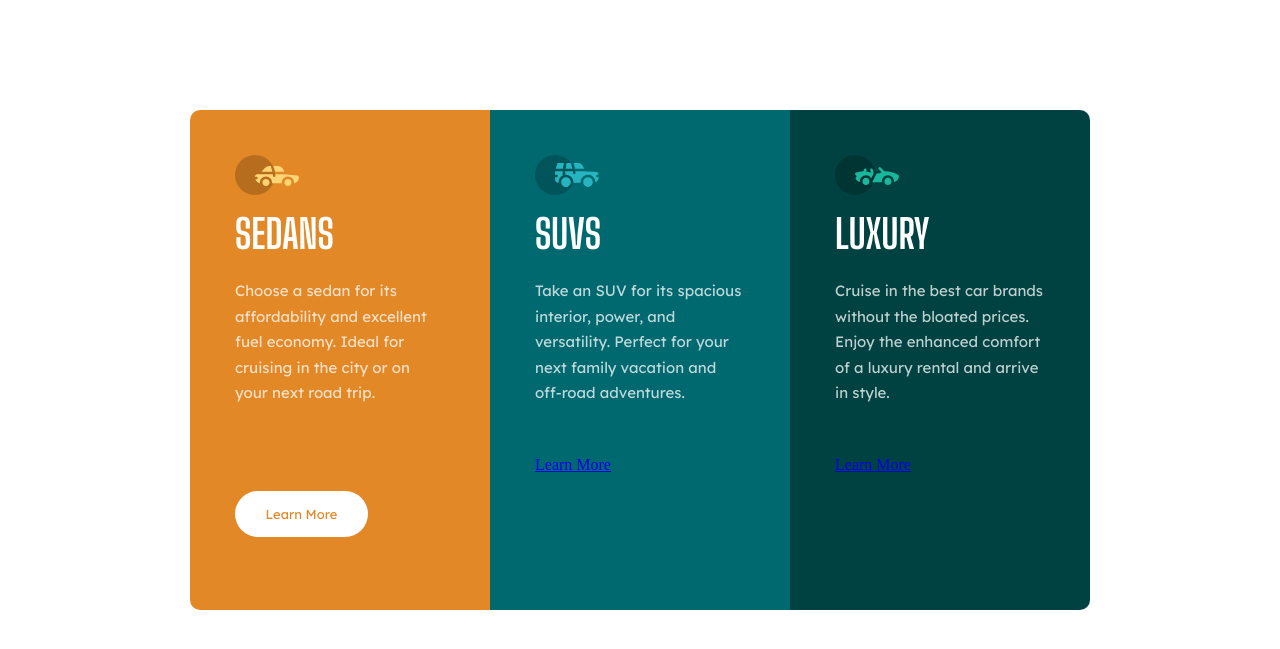
Repository: KamoliddinGIT/column-preview-card
Page: index.html
The author's editor kept a copy of each file at every save. The page is drawn from the files as they stood at one save, then again after the next save.
The browser window is 1280 px wide. The pictures show the whole page.

Above is the page before, as saved 2023-09-15 16:42:58.

After the next save:
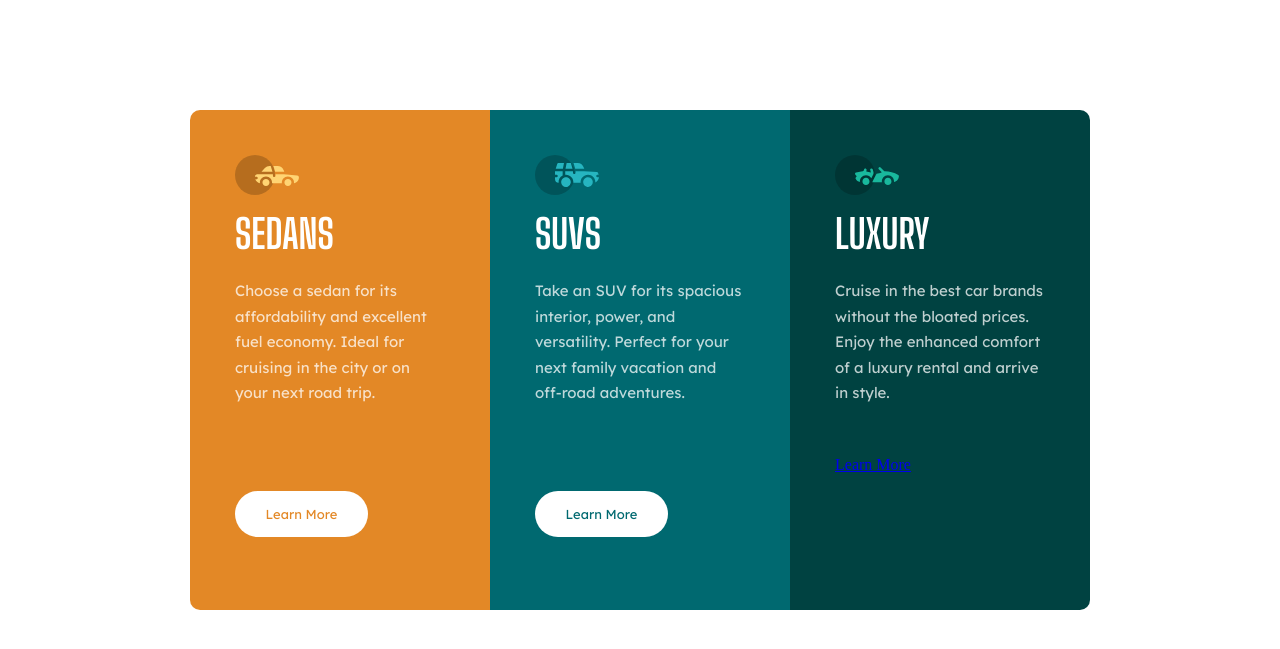
Saved 24 s later.
--- a/css/style.css
+++ b/css/style.css
@@ -100,3 +100,31 @@
   font-family: "Lexend Deca", sans-serif;
   color: #fff;
 }
+
+.card__2 a {
+  display: flex;
+  justify-content: center;
+  align-items: center;
+  font-size: 13px;
+  width: 133px;
+  text-decoration: none;
+  font-family: "Lexend Deca", sans-serif;
+  color: hsl(184, 100%, 22%);
+  background: #fff;
+  margin-top: 35px;
+  border-radius: 50px;
+  padding: 15px 10px;
+}
+
+.card__2 a:hover {
+  font-size: 13px;
+  display: flex;
+  justify-content: center;
+  align-items: center;
+  border: 2px solid #fff;
+  cursor: pointer;
+  transition: 0.3s ease;
+  background: hsl(31, 77%, 52%);
+  font-family: "Lexend Deca", sans-serif;
+  color: #fff;
+}
